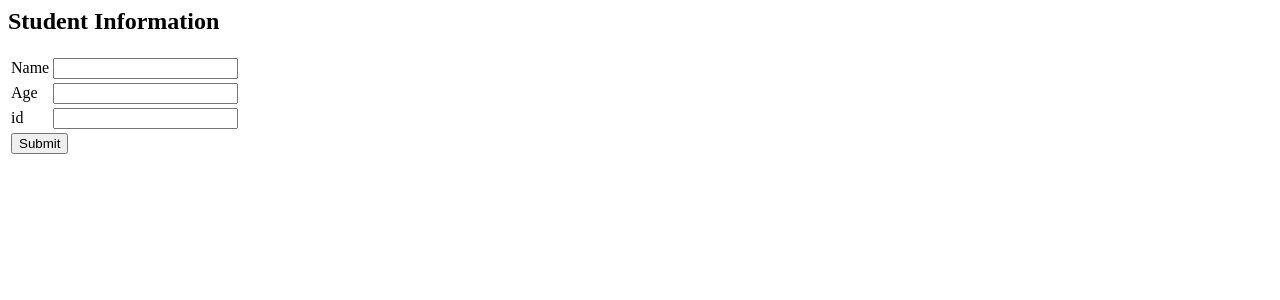
Repository: awantik/spring-mvc-mindtree
Page: http://localhost/spring-mvc-demo/student/studentform
The author's editor kept a copy of each file at every save. The page is drawn from the files as they stood at one save, then again after the next save.
The browser window is 1280 px wide. The pictures show the whole page.
The page is served by Tomcat 9. Other server files are loaded and not shown.

Above is the page before, as saved 2016-09-07 18:29:33.

### spring-mvc-demo/WebContent/WEB-INF/student.jsp
<%@taglib uri="http://www.springframework.org/tags/form" prefix="form"%>
<html>
<head>
    <title>Spring MVC Form Handling</title>
</head>
<body>

<h2>Student Information</h2>
<form:form method="POST" action="/spring-mvc-demo/student/addStudent">
   <table>
    <tr>
        <td><form:label path="name">Name</form:label></td>
        <td><form:input path="name" /></td>
    </tr>
    <tr>
        <td><form:label path="age">Age</form:label></td>
        <td><form:input path="age" /></td>
    </tr>
    <tr>
        <td><form:label path="id">id</form:label></td>
        <td><form:input path="id" /></td>
    </tr>
    <tr>
        <td colspan="2">
            <input type="submit" value="Submit"/>
        </td>
    </tr>
</table>
</form:form>
</body>
</html>

After the next save:
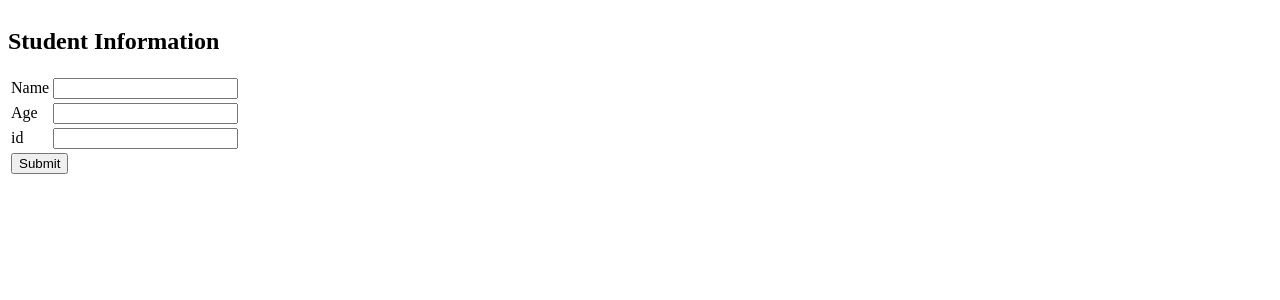
Saved 80 s later.
--- a/spring-mvc-demo/WebContent/WEB-INF/student.jsp
+++ b/spring-mvc-demo/WebContent/WEB-INF/student.jsp
@@ -4,7 +4,7 @@
     <title>Spring MVC Form Handling</title>
 </head>
 <body>
-
+<img scr="/resources/pic.png"/>
 <h2>Student Information</h2>
 <form:form method="POST" action="/spring-mvc-demo/student/addStudent">
    <table>
